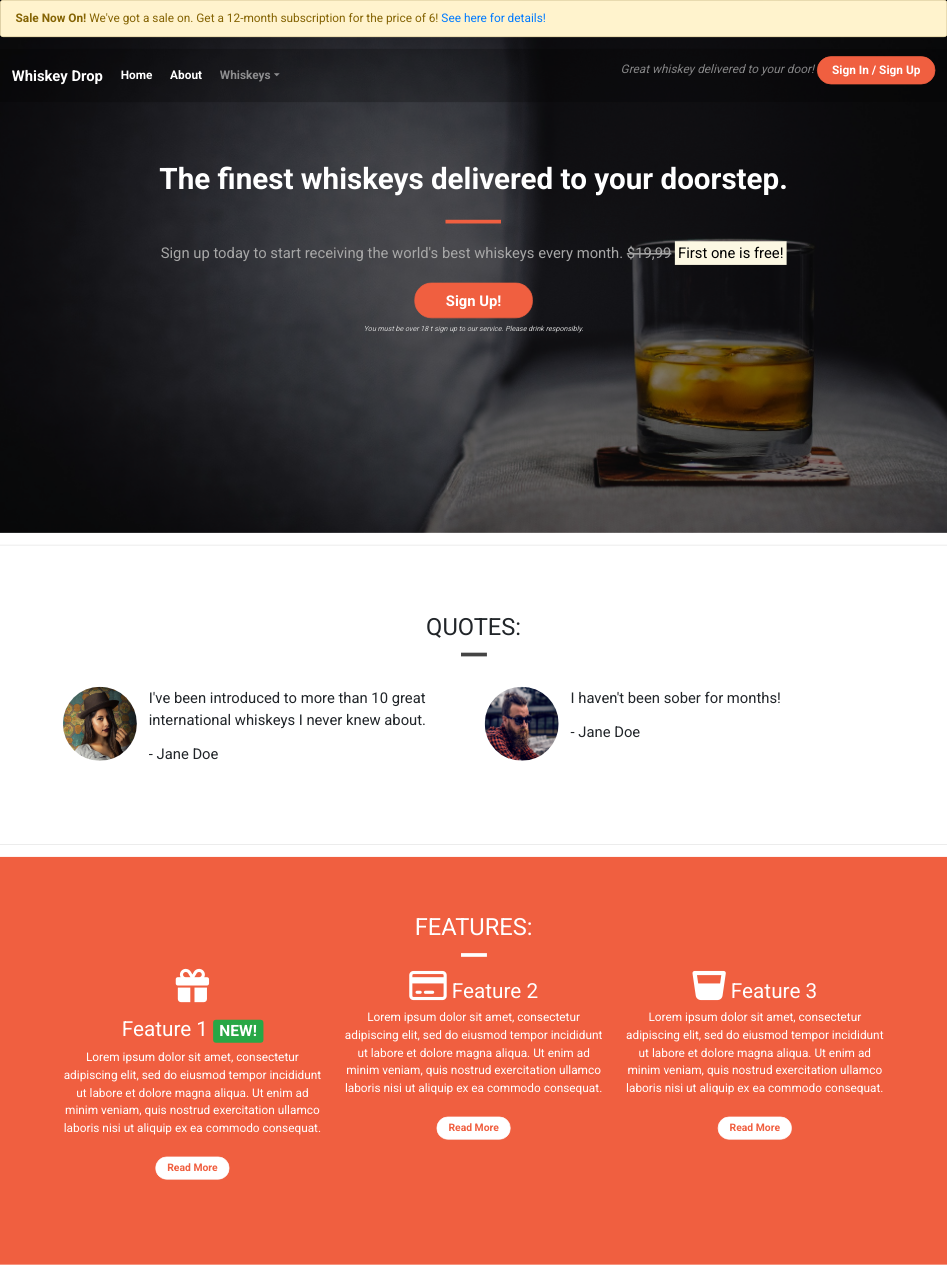
Repository: nitr-am/whiskey-project
Page: index.html
The author's editor kept a record of every edit. The page is drawn from the files as they stood at one moment, then again after the next edit.
The browser window is 1280 px wide. The pictures show the whole page, at 74% of full size.
Backgrounds fixed to the window are drawn as part of the page. Some web libraries are served in a nearby version.

Above is the page before.

After the next edit:
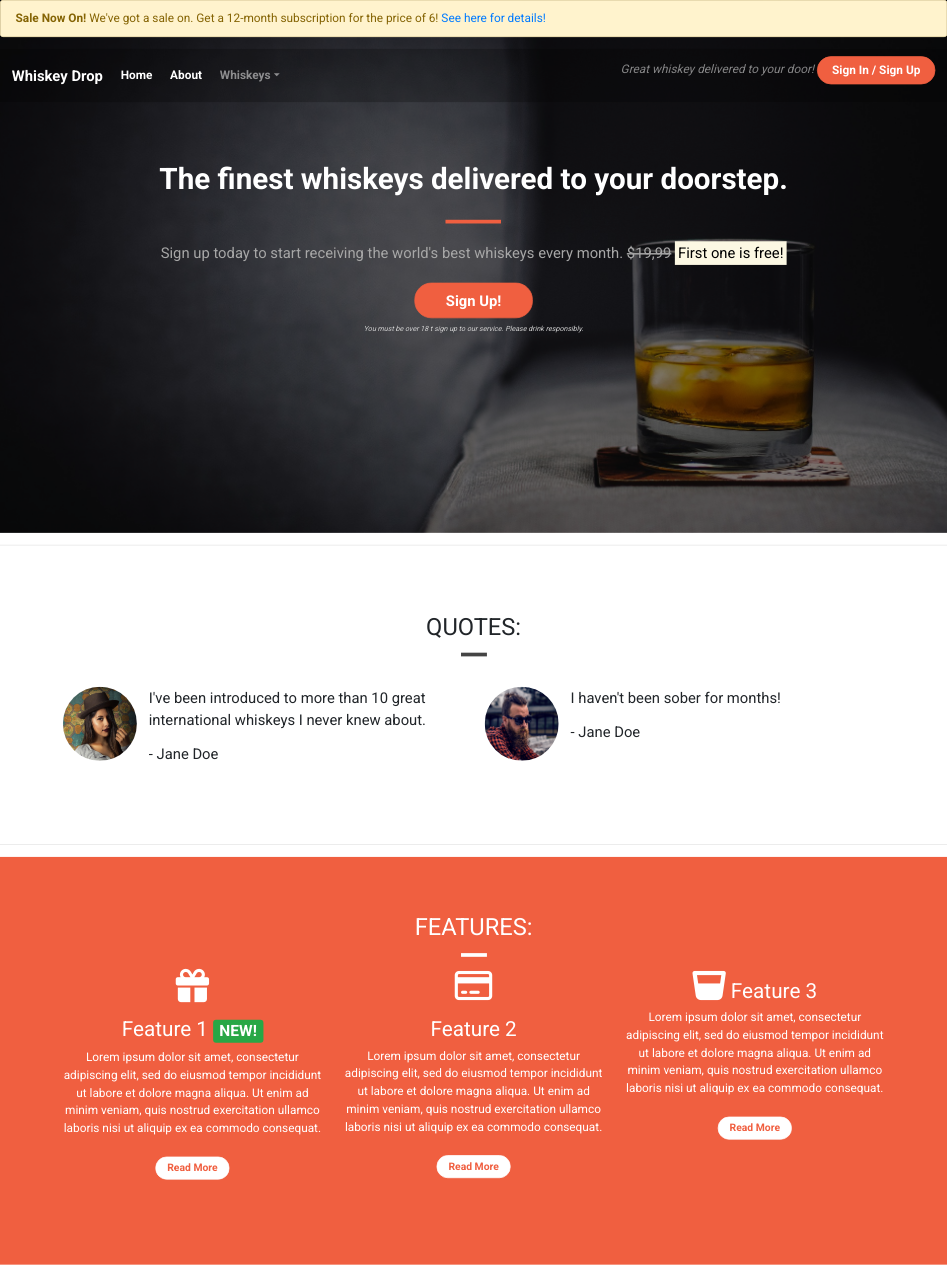
The edit:
--- a/index.html
+++ b/index.html
@@ -142,7 +142,7 @@
                     </div>
                     <div class="col-12 col-md-6 col-lg-4 ">
                         <div class="feature">
-                            <h3><i class="far fa-credit-card d-none d-sm-inline"></i> Feature 2</h3>
+                            <h3><i class="far fa-credit-card d-none d-sm-block"></i> Feature 2</h3>
                             <p>Lorem ipsum dolor sit amet, consectetur adipiscing elit, sed do eiusmod tempor incididunt ut labore et dolore magna aliqua. Ut enim ad minim veniam, quis nostrud exercitation ullamco laboris nisi ut aliquip ex ea commodo consequat.
                             </p>
                             <p><a class="btn btn-sm btn-light " href=" ">Read More</a></p>
